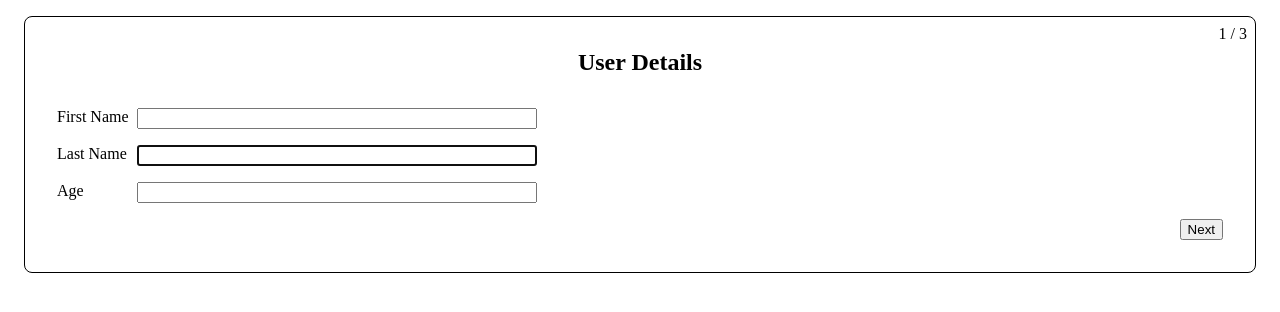
Repository: mohamediyas/reactMultiForm
Page: /
The author's editor kept a copy of each file at every save. The page is drawn from the files as they stood at one save, then again after the next save.
The browser window is 1280 px wide. The pictures show the whole page.
The project was rebuilt for these pictures with package versions that can differ from the ones it lists, and the page was loaded fresh each time. Also part of the build but not shown: vite.config.ts, src/AccountForm.tsx, src/AddressForm.tsx.

Above is the page before, as saved 2022-10-08 20:51:06.

After the next save:
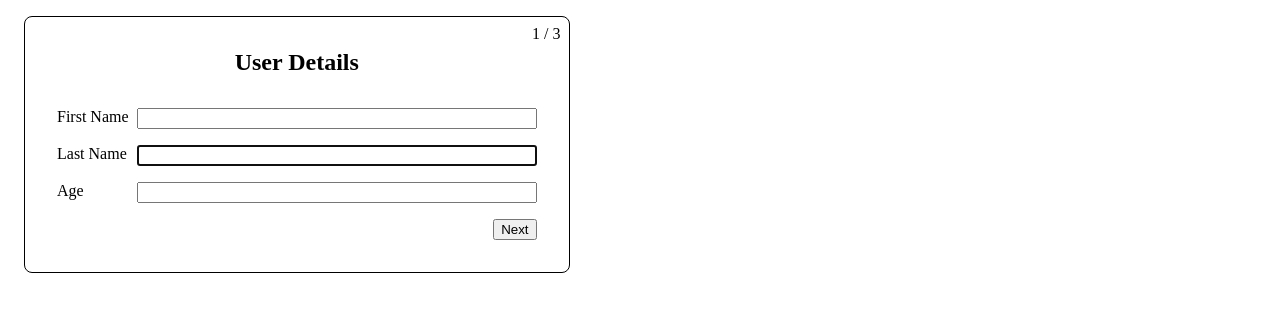
Saved 62 s later.
--- a/src/App.tsx
+++ b/src/App.tsx
@@ -68,6 +68,7 @@ function App() {
         margin: "1rem",
         borderRadius: "0.5rem",
         fontFamily: "Aerial",
+        maxWidth: "max-content",
       }}
     >
       <form onSubmit={submit}>
